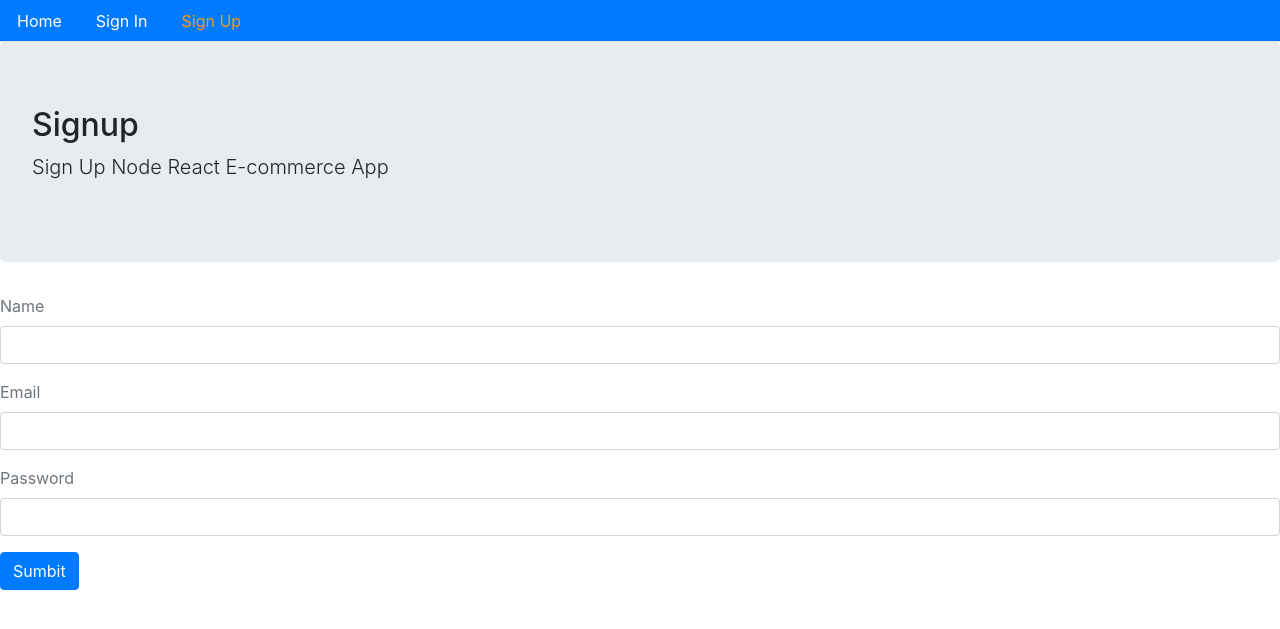
Repository: pragnyatata/Ecommerce
Page: /signup (app in ecommerce-front/)
An editor plug-in stored every save of this project. The page is shown before and after the next save, followed by the edit.
The browser window is 1280 px wide. The pictures show the whole page.
The project was rebuilt for these pictures with package versions that can differ from the ones it lists, and the page was loaded fresh each time. Also part of the build but not shown: ecommerce-front/src/App.js, ecommerce-front/src/user/Signin.js, ecommerce-front/src/core/Home.js.

Above is the page before, as saved 2020-01-18 21:33:08.

After the next save:
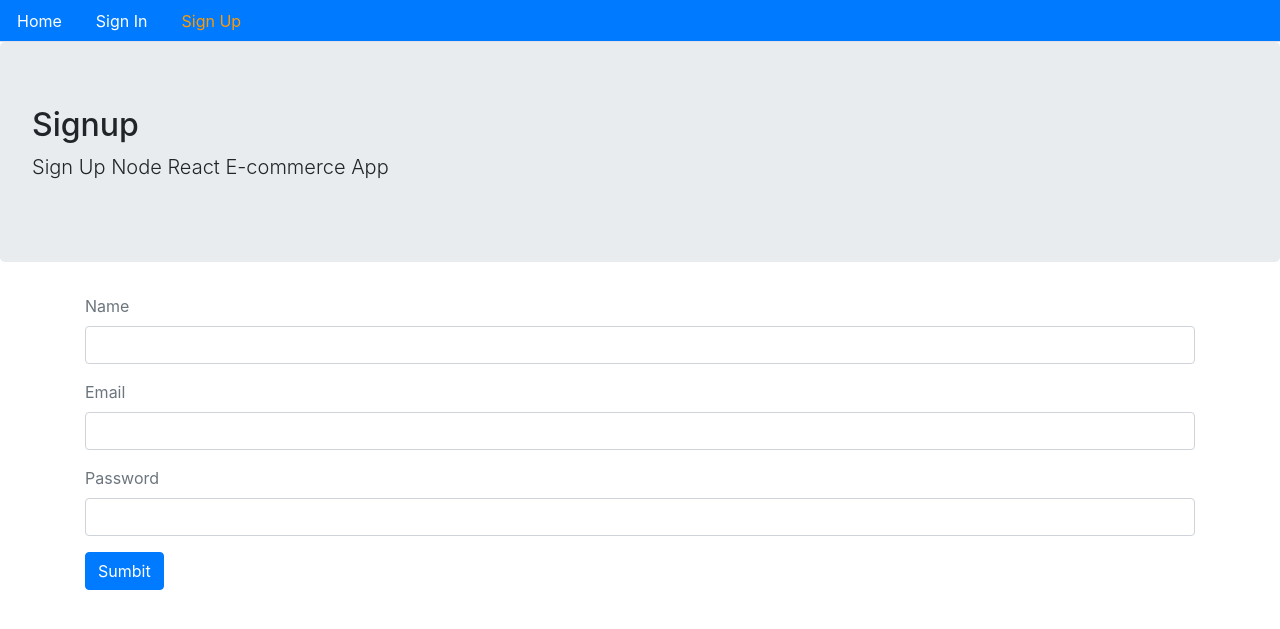
Saved 49 s later.
--- a/ecommerce-front/src/user/Signup.js
+++ b/ecommerce-front/src/user/Signup.js
@@ -19,7 +19,11 @@ const Signup = () => {
     </form>
   );
   return (
-    <Layout title="Signup" description=" Sign Up Node React E-commerce App">
+    <Layout
+      title="Signup"
+      description=" Sign Up Node React E-commerce App"
+      className="container"
+    >
       {signUpForm()}
     </Layout>
   );
